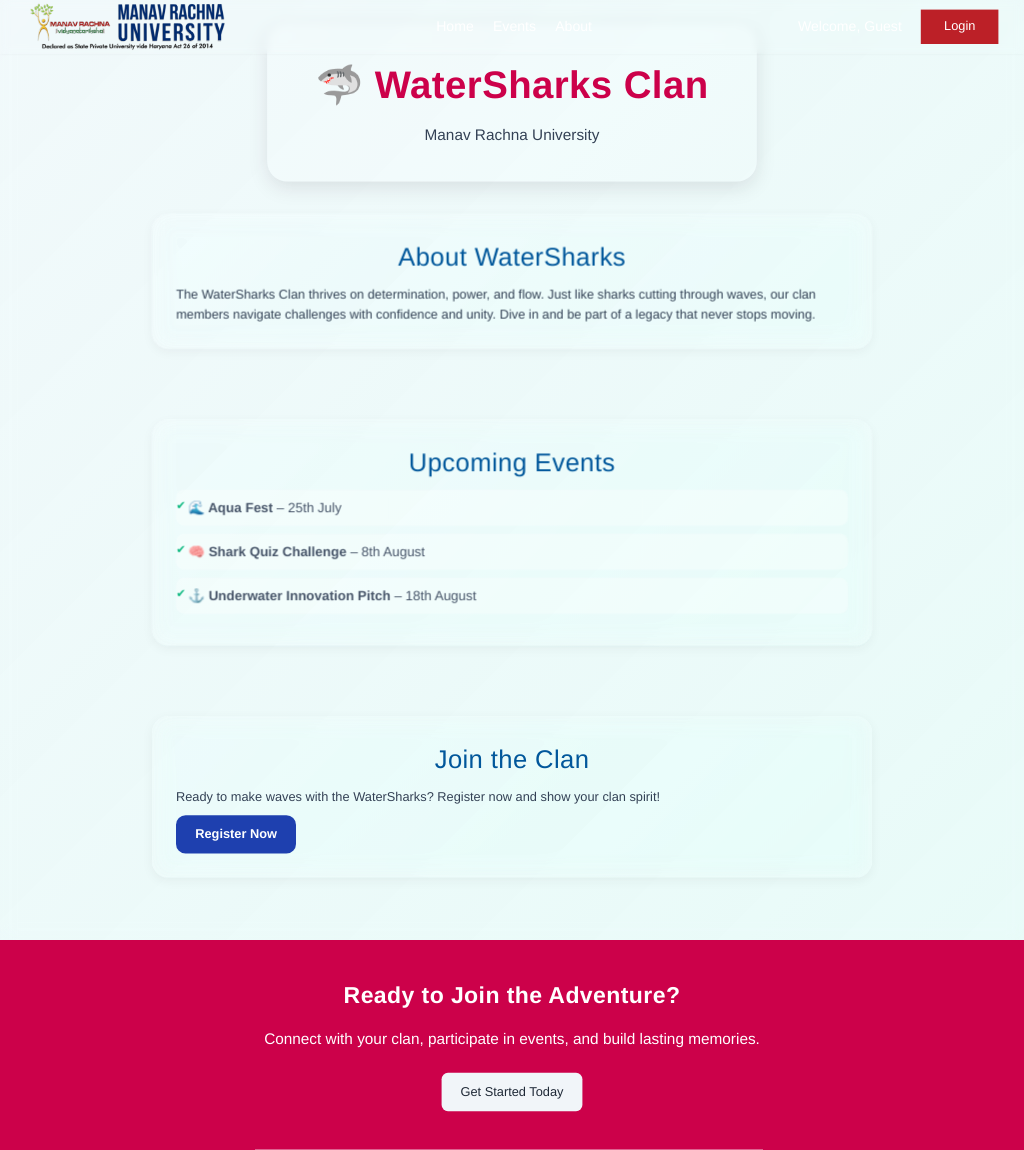
Repository: Aman-Sharma-Dev01/Clan-Event-Manager-0.1
Page: /water-sharks-page (app in Frontend/)
The author's editor kept a copy of each file at every save. The page is drawn from the files as they stood at one save, then again after a run of saves.
The browser window is 1280 px wide. The pictures show the whole page, at 80% of full size.
The page's requests for data from a server got no answer. The project was rebuilt for these pictures with package versions that can differ from the ones it lists, and the page was loaded fresh each time. No one was signed in, and anything a server would have sent is missing. Also part of the build but not shown: Frontend/vite.config.js, Frontend/src/components/Login/Login.jsx, Frontend/src/components/About/About.jsx, Frontend/src/components/Dashboard/Dashboard.jsx, Frontend/src/components/HeroSection/HeroSection.css, Frontend/src/components/HeroSection/HeroSection.jsx, Frontend/src/components/ClanLogoSection/ClanLogoSection.css, Frontend/src/components/ClanLogoSection/ClanLogoSection.jsx and 26 more.

Above is the page before, as saved 2025-07-30 10:48:27.

After the next 2 saves:
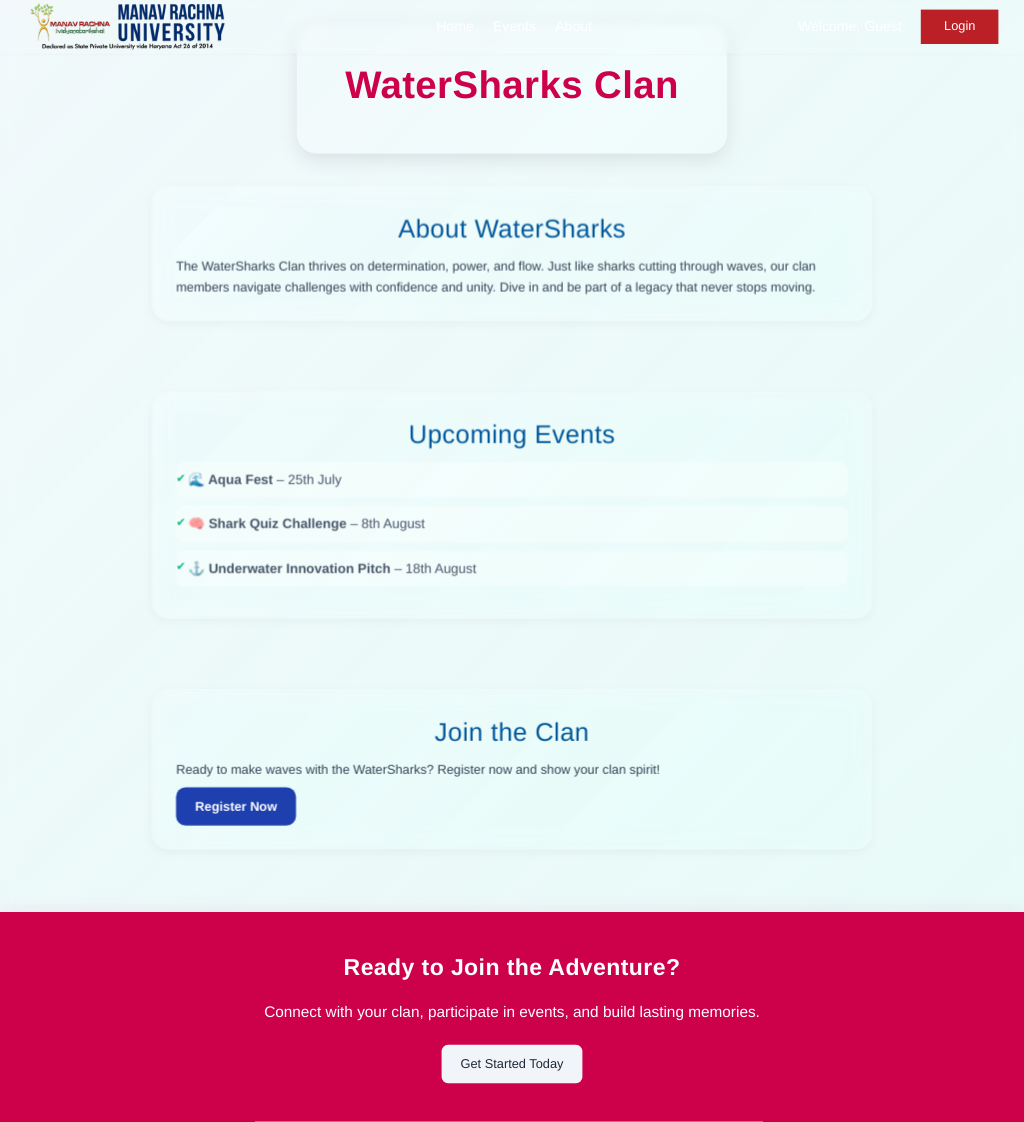
The 2 saves are shown as one change because they came seconds apart.
The last was saved 8 s later.
--- a/Frontend/src/components/KnowYourClan/WaterSharksPage.jsx
+++ b/Frontend/src/components/KnowYourClan/WaterSharksPage.jsx
@@ -5,8 +5,8 @@
   return (
     <div className="watersharks-container">
       <div className="watersharks-hero">
-        <h1>🦈 WaterSharks Clan</h1>
-        <p>Manav Rachna University</p>
+        <h1> WaterSharks Clan</h1>
+
       </div>
 
       <div className="watersharks-content">
